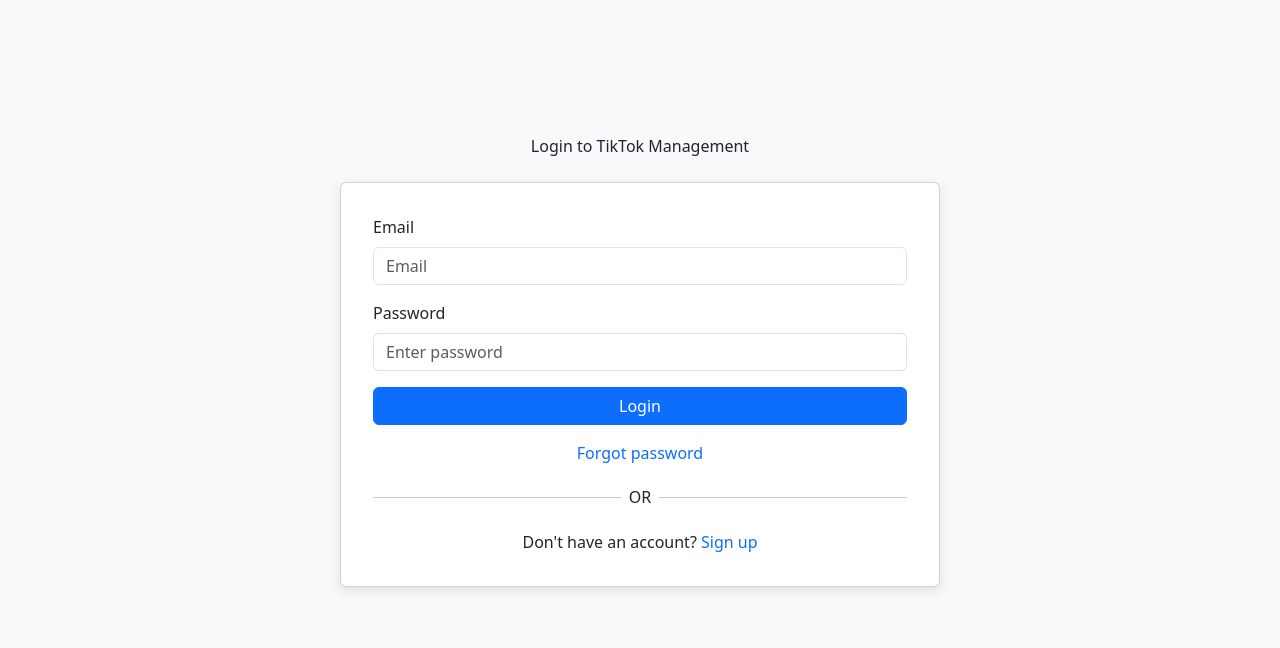
Repository: chaolaolo/tikcrm-fe
Page: /
The author's editor kept a copy of each file at every save. The page is drawn from the files as they stood at one save, then again after the next save.
The browser window is 1280 px wide. The pictures show the whole page.
The project was rebuilt for these pictures with package versions that can differ from the ones it lists, and the page was loaded fresh each time. Also part of the build but not shown: vite.config.ts, src/pages/Home/Settings.tsx, src/pages/Home/HomePage.tsx. Imported but missing from the stored project, and not drawn on this page: src/pages/Home/Dashboard, src/pages/Register/RegisterPage.

Above is the page before, as saved 2025-05-22 22:17:05.

### src/main.tsx
import React, { StrictMode } from 'react'
import ReactDOM from 'react-dom/client';
import { createRoot } from 'react-dom/client'
import './index.css'
import { BrowserRouter } from 'react-router-dom';
import { AuthProvider } from './store/AuthContext.tsx';
import App from './App.tsx'
import 'antd/dist/reset.css';
import 'bootstrap/dist/css/bootstrap.min.css';
import 'bootstrap/dist/js/bootstrap.bundle.min.js';

ReactDOM.createRoot(document.getElementById('root')!).render(
  <React.StrictMode>
    <AuthProvider>
      <BrowserRouter>
        <App />
      </BrowserRouter>
    </AuthProvider>
  </React.StrictMode>
)

### src/store/AuthContext.tsx
import React, { createContext, useContext, useState, type ReactNode } from 'react';

interface AuthContextProps {
  isLoggedIn: boolean;
  login: () => void;
  logout: () => void;
}

const AuthContext = createContext<AuthContextProps | undefined>(undefined);

export const AuthProvider = ({ children }: { children: ReactNode }) => {
  const [isLoggedIn, setIsLoggedIn] = useState(false);

  const login = () => setIsLoggedIn(true);
  const logout = () => setIsLoggedIn(false);

  return (
    <AuthContext.Provider value={{ isLoggedIn, login, logout }}>
      {children}
    </AuthContext.Provider>
  );
};

export const useAuth = () => {
  const context = useContext(AuthContext);
  if (!context) throw new Error('useAuth must be used within AuthProvider');
  return context;
};

### src/App.tsx
import { useState } from 'react'
import reactLogo from './assets/react.svg'
import viteLogo from '/vite.svg'
import './App.css'
import { useAuth } from './store/AuthContext';
import { Navigate, Route, Routes } from 'react-router-dom';
import LoginPage from './pages/Auth/LoginPage';
import RegisterPage from './pages/Register/RegisterPage';
import HomePage from './pages/Home/HomePage';
import 'bootstrap/dist/css/bootstrap.min.css';
import 'bootstrap/dist/js/bootstrap.bundle.min.js';
import 'antd/dist/reset.css'

const App = () => {
  const { isLoggedIn } = useAuth();

  return (
    <Routes>
      <Route path="/login" element={<LoginPage />} />
      <Route path="/register" element={<RegisterPage />} />
      <Route
        path="/home/*"
        element={isLoggedIn ? <HomePage /> : <Navigate to="/login" />}
      />
      <Route path="*" element={<Navigate to={isLoggedIn ? "/home" : "/login"} />} />
    </Routes>
  );
};

export default App;

### src/pages/Auth/LoginPage.tsx
import React from 'react';
import 'bootstrap/dist/css/bootstrap.min.css';

const LoginPage: React.FC = () => {
  return (
    <div style={{
      backgroundColor: '#f8f9fa', // Màu light của Bootstrap
      position: 'fixed',
      top: 0,
      left: 0,
      right: 0,
      bottom: 0,
      overflow: 'auto'
    }}>
      <div className="d-flex justify-content-center align-items-center min-vh-100 p-3">
        <div className="w-100" style={{ maxWidth: '600px' }}>
          <p className="text-center mb-4 fs-6">Login to TikTok Management</p>
          <div className="card p-8" style={{
            backgroundColor: 'white',
            boxShadow: '0 4px 12px rgba(0, 0, 0, 0.1)'
          }}>
            <form>
              <div className="mb-3 text-start">
                <label htmlFor="email" className="form-label">Email</label>
                <input
                  type="email"
                  className="form-control"
                  id="email"
                  placeholder="Email"
                />
              </div>

              <div className="mb-3 text-start">
                <label htmlFor="password" className="form-label">Password</label>
                <input
                  type="password"
                  className="form-control"
                  id="password"
                  placeholder="Enter password"
                />
              </div>

              <button type="submit" className="btn btn-primary w-100 mb-3">Login</button>

              <div className="text-center mb-3">
                <a href="#forgot-password" className="text-decoration-none">Forgot password</a>
              </div>

              <div className="d-flex align-items-center mb-3">
                <hr className="flex-grow-1" />
                <span className="px-2">OR</span>
                <hr className="flex-grow-1" />
              </div>

              <div className="text-center">
                <span>Don't have an account? </span>
                <a href="#signup" className="text-decoration-none">Sign up</a>
              </div>
            </form>
          </div>
        </div>
      </div>
    </div>
  );
};

export default LoginPage;

Loaded but not shown: index.html (common file); src/index.css (common file); src/App.css (common file)

After the next save:
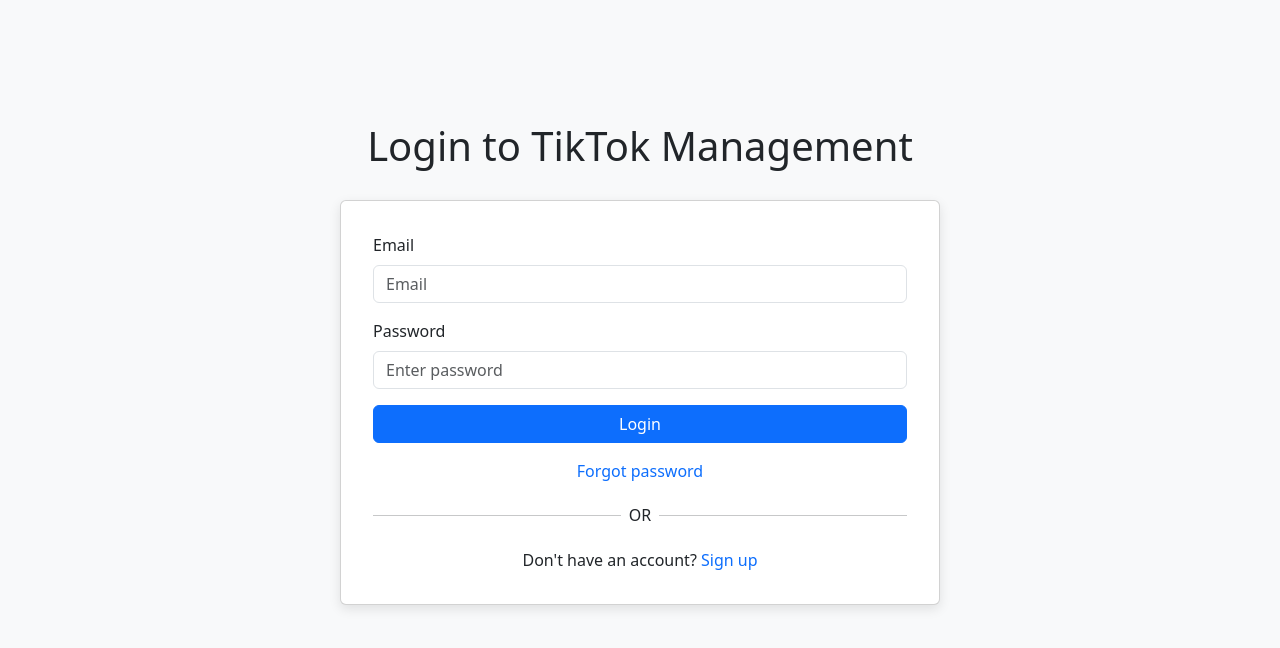
Saved 7 s later.
--- a/src/pages/Auth/LoginPage.tsx
+++ b/src/pages/Auth/LoginPage.tsx
@@ -14,7 +14,7 @@
     }}>
       <div className="d-flex justify-content-center align-items-center min-vh-100 p-3">
         <div className="w-100" style={{ maxWidth: '600px' }}>
-          <p className="text-center mb-4 fs-6">Login to TikTok Management</p>
+          <p className="text-center mb-4 fs-1">Login to TikTok Management</p>
           <div className="card p-8" style={{
             backgroundColor: 'white',
             boxShadow: '0 4px 12px rgba(0, 0, 0, 0.1)'
